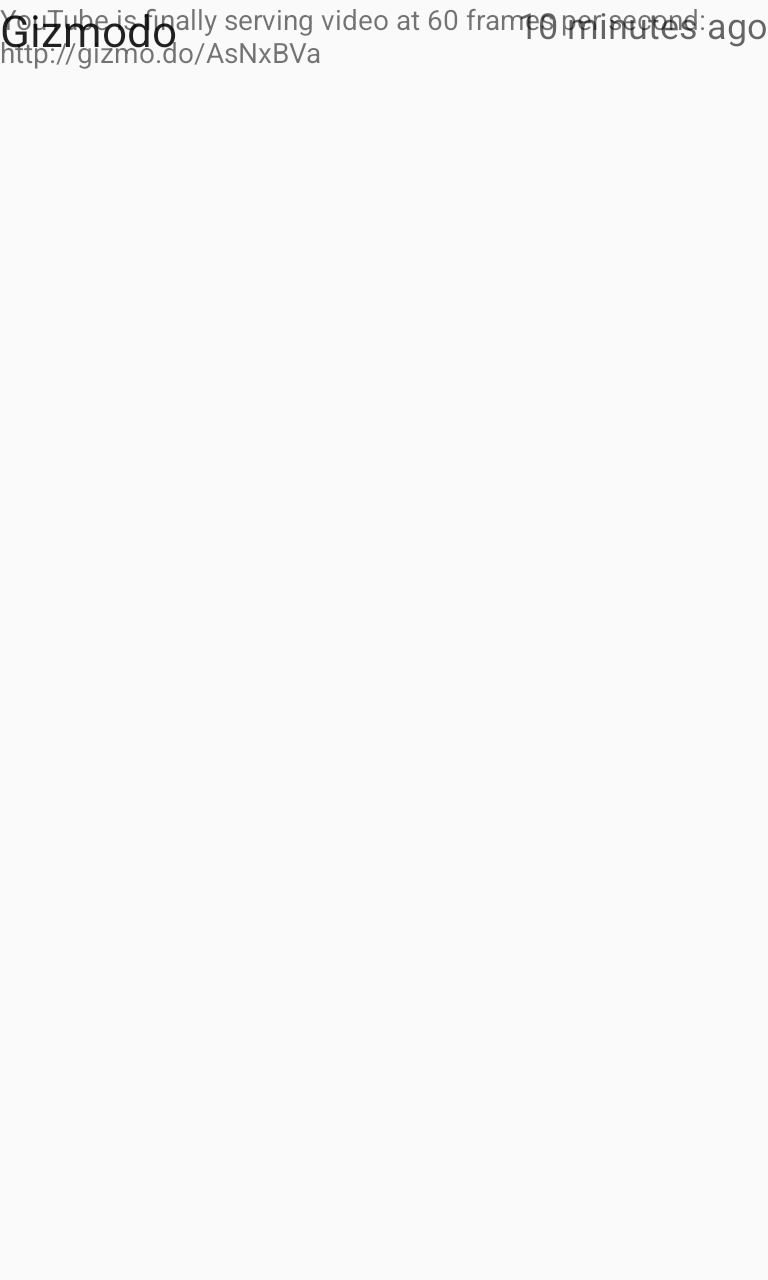
Repository: satishagarwal90/Yamba
Layout: Yamba/res/layout/row.xml
The author's editor kept a copy of each file at every save. The layout is drawn from the files as they stood at one save, then again after the next save.
It is drawn on a 768 x 1280 px phone screen (xhdpi) without system bars, with theme AppTheme; the app's code is not run.

Above is the layout before, as saved 2014-06-27 11:37:47.

After the next save:
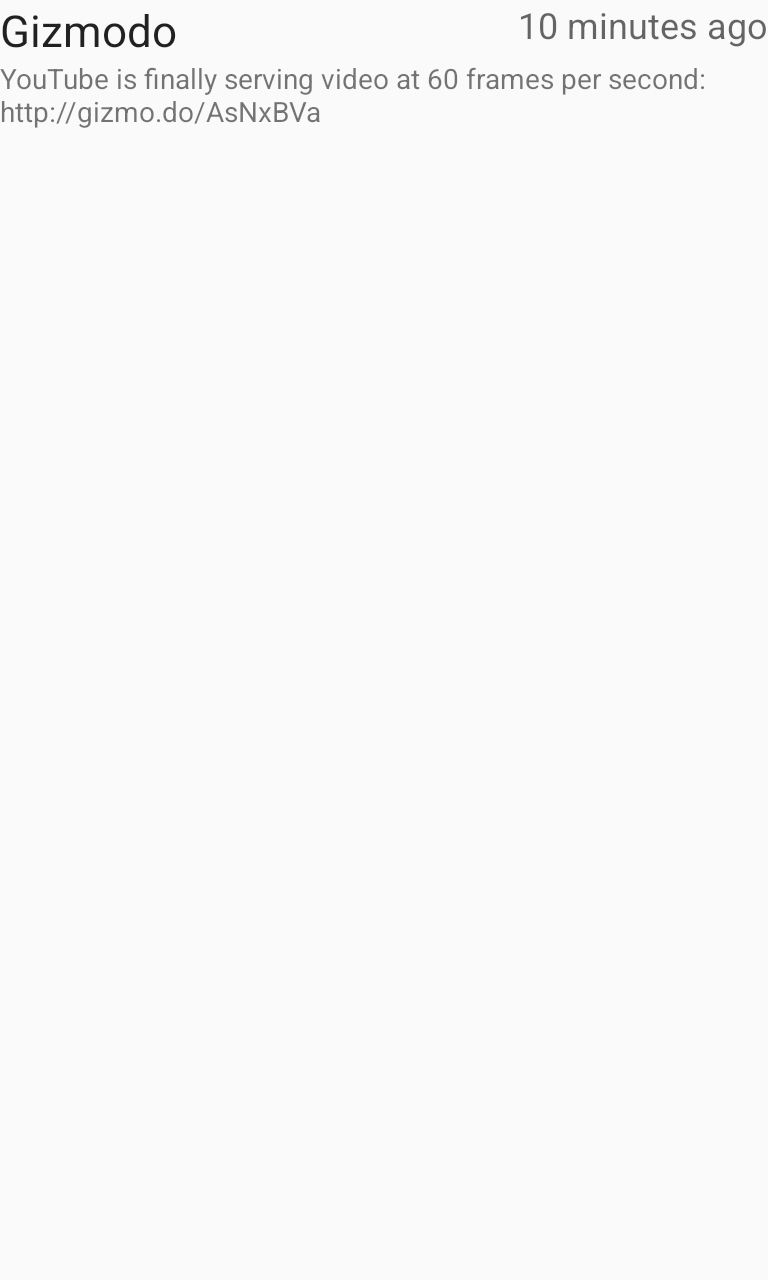
Saved 41 s later.
--- a/Yamba/res/layout/row.xml
+++ b/Yamba/res/layout/row.xml
@@ -26,7 +26,7 @@
         android:layout_width="wrap_content"
         android:layout_height="wrap_content"
         android:layout_alignParentLeft="true"
-        android:layout_below="@+id/textView1"
+        android:layout_below="@+id/textUsername"
         android:text="YouTube is finally serving video at 60 frames per second: http://gizmo.do/AsNxBVa"
         android:textAppearance="?android:attr/textAppearanceSmall" />
 
